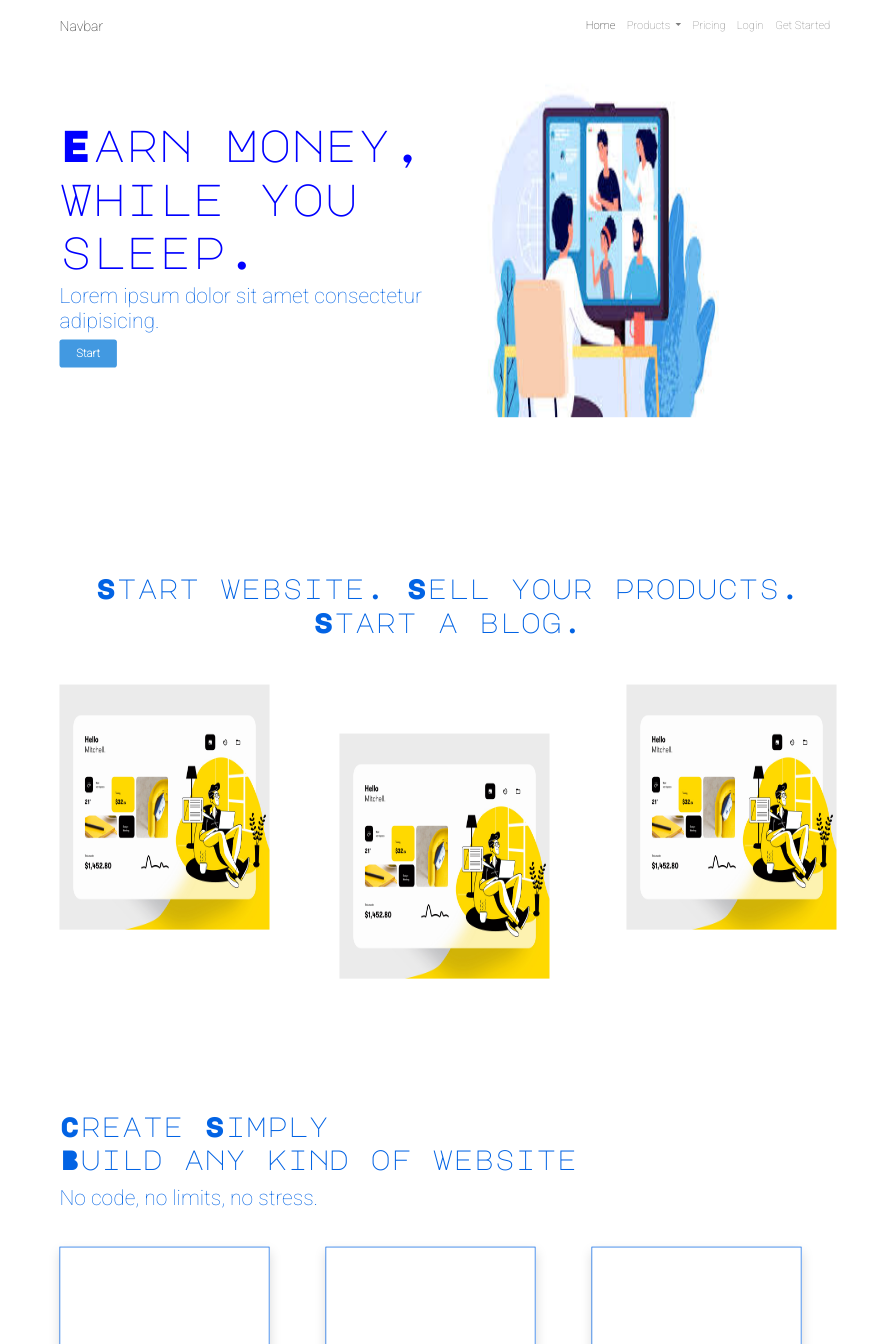
Repository: latenightsnacc/Static-Web-Projects
Page: Dunno Yet/index.html
An editor plug-in stored every save of this project. The page is shown before and after the next save, followed by the edit.
The browser window is 1280 px wide. The pictures show the part of the page from y = 0 to 1920 px (the page is 4733 px tall), at 70% of full size.
The style sheet was rebuilt from its Sass, Less or Tailwind sources for each picture, by a compiler version that may differ from the author's.

Above is the page before, as saved 2020-11-11 12:17:31.

After the next save:
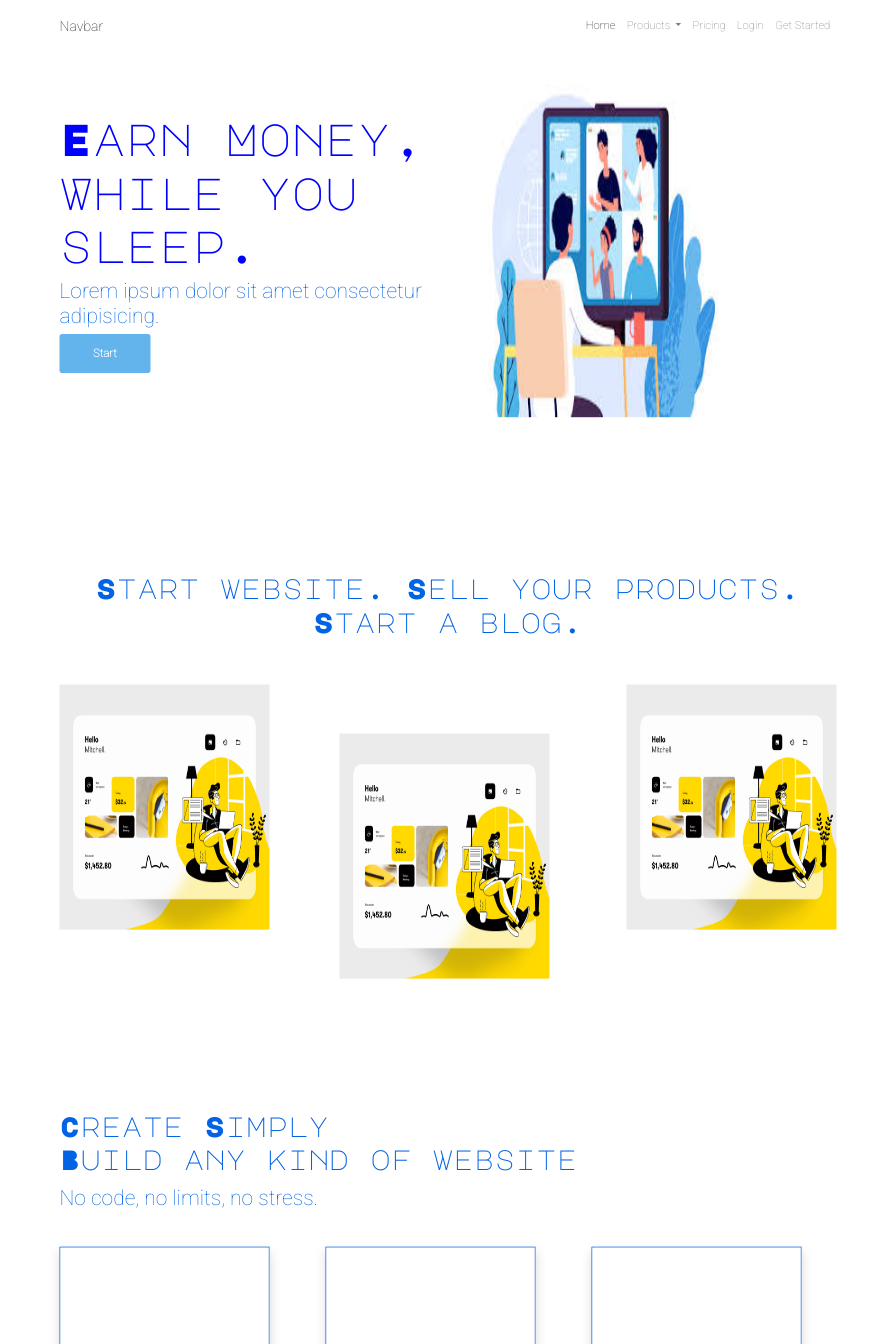
Saved 43 s later.
--- a/Dunno Yet/index.html
+++ b/Dunno Yet/index.html
@@ -69,7 +69,7 @@
                     <div class="text-box banner-txt">
                         <h1 class="">Earn Money, <br/> While you sleep.</h1>
                         <h5 class="span-title">Lorem ipsum dolor sit amet consectetur adipisicing.</h5>
-                        <button class="bg-blue-500 hover:bg-blue-400 text-white font-bold py-2 px-4 rounded">Start</button>
+                        <button class="bg-blue-400 hover:bg-blue-500 text-white font-bold py-3 px-5 rounded">Start</button>
                     </div>
                 </div>
                 <!--Banner Image-->
